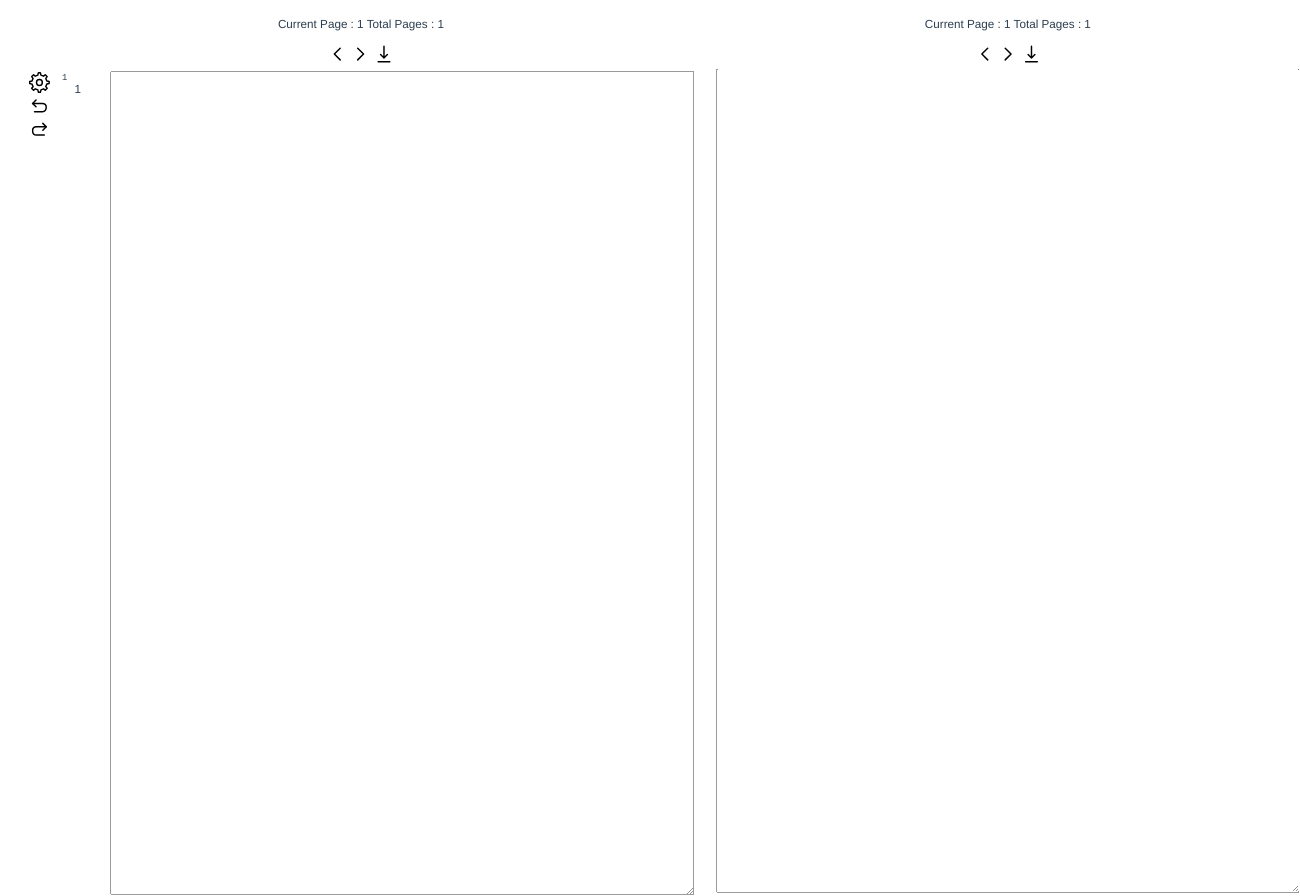
Repository: 321paranoiawhy/online-resume
Page: /
An editor plug-in stored every save of this project. The page is shown before and after the next save, followed by the edit.
The browser window is 1280 px wide. The page is 1781 px wide, then 1724 px, so the pictures cover 1781 px, including what lies to the right of the window. The pictures show the whole page, at 73% of full size.
The project was rebuilt for these pictures with package versions that can differ from the ones it lists, and the page was loaded fresh each time. Also part of the build but not shown: vue.config.js, src/components/Header.vue, src/components/Introduction.vue, src/components/Footer.vue.

Above is the page before, as saved 2022-05-28 21:32:35.

After the next save:
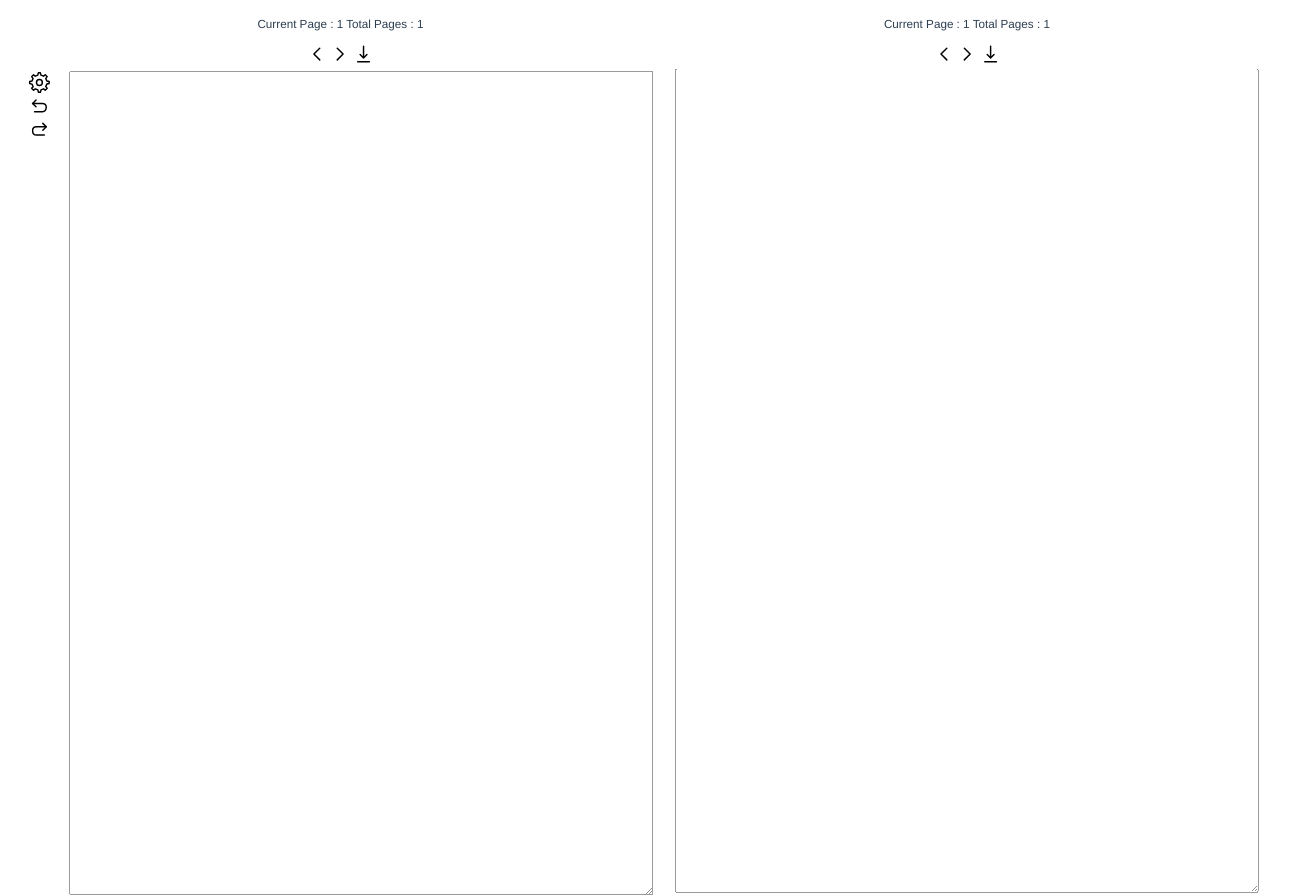
Saved 32 s later.
--- a/src/components/LeftInput.vue
+++ b/src/components/LeftInput.vue
@@ -15,12 +15,14 @@
         </div>
         <div class="flex">
             <Sidebar></Sidebar>
-            <LineNumbers></LineNumbers>
+            <!-- <LineNumbers></LineNumbers> -->
+
             <ul>
                 <li v-for="(item, index) in array" :key="index">
                     {{ item }}
                 </li>
             </ul>
+
             <textarea
                 spellcheck="true"
                 class="left-textarea"
@@ -99,5 +101,17 @@ export default {
         // 3px 为 left-textarea 的 border(1) + padding(2)
         margin: 3px 0 0;
     }
+    & ul li {
+        list-style-type: none;
+    }
+    & ul {
+        margin: 0 10px 0 15px;
+        padding: 0;
+        // 字体大小
+        font-size: 12px;
+        // 行高
+        line-height: 18px;
+        font-family: monospace;
+    }
 }
 </style>
